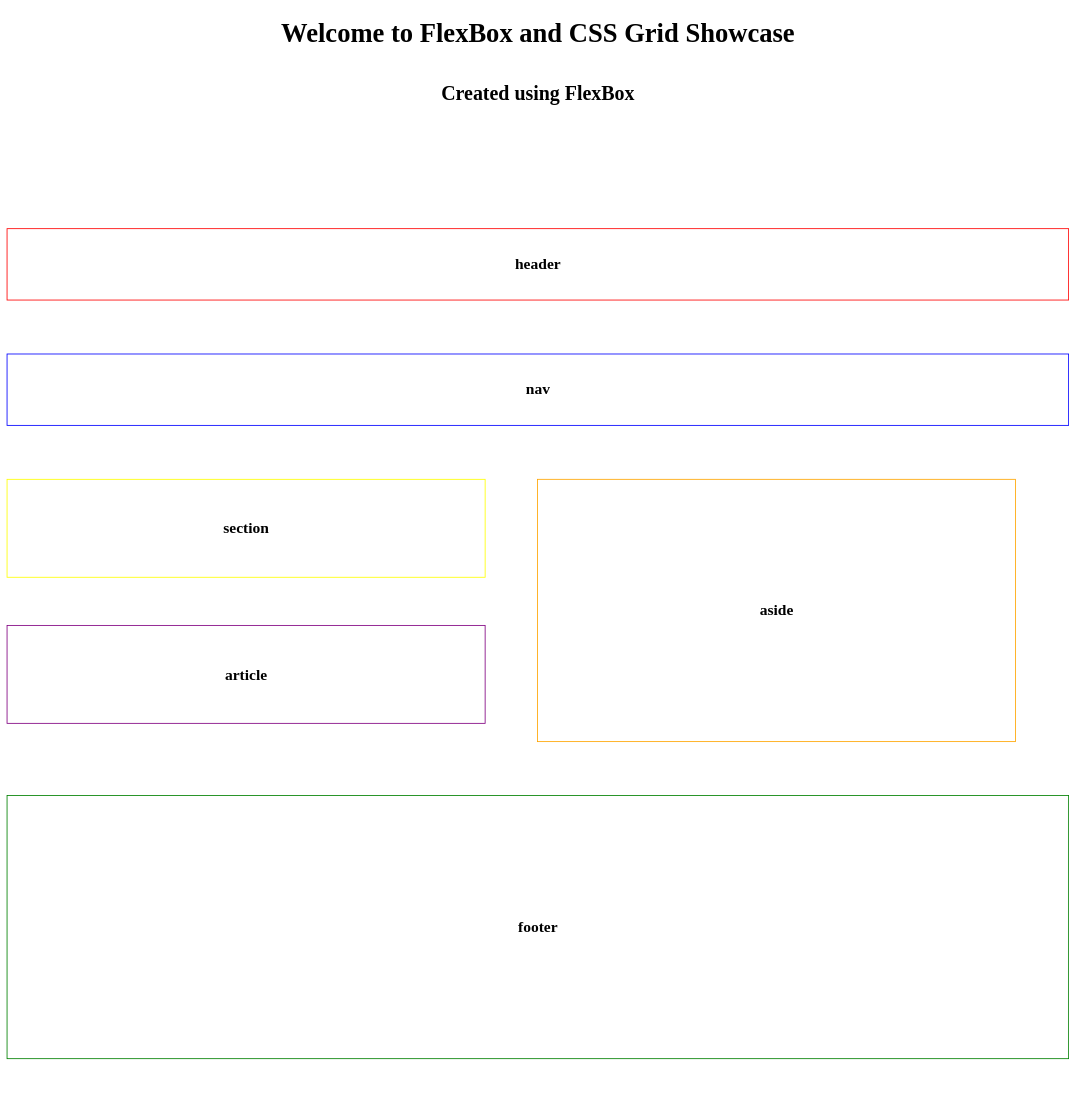
Repository: Awhit-commits/CSS_GRID_AND_FLEXBOX_LESSON
Page: index.html
The author's editor kept a copy of each file at every save. The page is drawn from the files as they stood at one save, then again after the next save.
The browser window is 1280 px wide. The page is 1288 px wide, so the pictures cover 1288 px, including what lies to the right of the window. The pictures show the whole page, at 83% of full size.

Above is the page before, as saved 2020-12-21 19:05:49.

### index.html
<!DOCTYPE html>
<html lang="en">

<head>
    <meta charset="UTF-8">
    <meta name="viewport" content="width=device-width, initial-scale=1.0">
    <title>Document</title>
    <link rel="stylesheet" href="style.css">
</head>

<body>
    <h1>Welcome to FlexBox and CSS Grid Showcase</h1>

    <div class="containerFlex">
        <h2>Created using FlexBox</h2>
        <div class="headerArea">
            <div class="header">
                <h3>header</h3>

            </div>
            <div class="nav">
                <h3>nav</h3>
            </div>
        </div>
        <div class="main">
            <div class="mainArea">
            <div class="section">
                <h3>section</h3>
            </div>
            <div class="article">
                <h3>article</h3>
            </div>
            </div>

            <div class="aside">
                <h3>aside</h3>
            </div>
        </div>
        <div class="footer">
            <h3>footer</h3>
        </div>
    </div>
    <script src="script.js"></script>
</body>

</html>

### style.css
body {
    width: 100%;
    text-align: center;
}

.containerFlex {
    display: flex;
    flex-direction: column;


}

.main {

    display: flex;
    flex-direction: row;




}

.mainArea {
    display: flex;
    flex-direction: column;
    width: 100%;

    /* text-align: center; */

}

.header {

    padding: 1% 0;
    margin-top: 10%;
    border: 1px solid red;

}

.nav {

    margin: 5% 0;
    padding: 1% 0;
    border: 1px solid blue;

}

.article {
    border: 1px purple solid;
    width: 100%;
    padding: 5% 0;
}

.aside {


    align-items: center;

    margin: 0 5%;
    padding: 10% 0;
    border: 1px orange solid;
    width: 100%;


}

.section {
    width: 100%;
    border: 1px yellow solid;
    margin-bottom: 10%;
    padding: 5% 0;
}

.footer {

    /* align-items: center; */
    padding: 10% 0;
    margin: 5% 0;
    border: 1px green solid;

}

### script.js
console.log(`Hello World`);

After the next save:
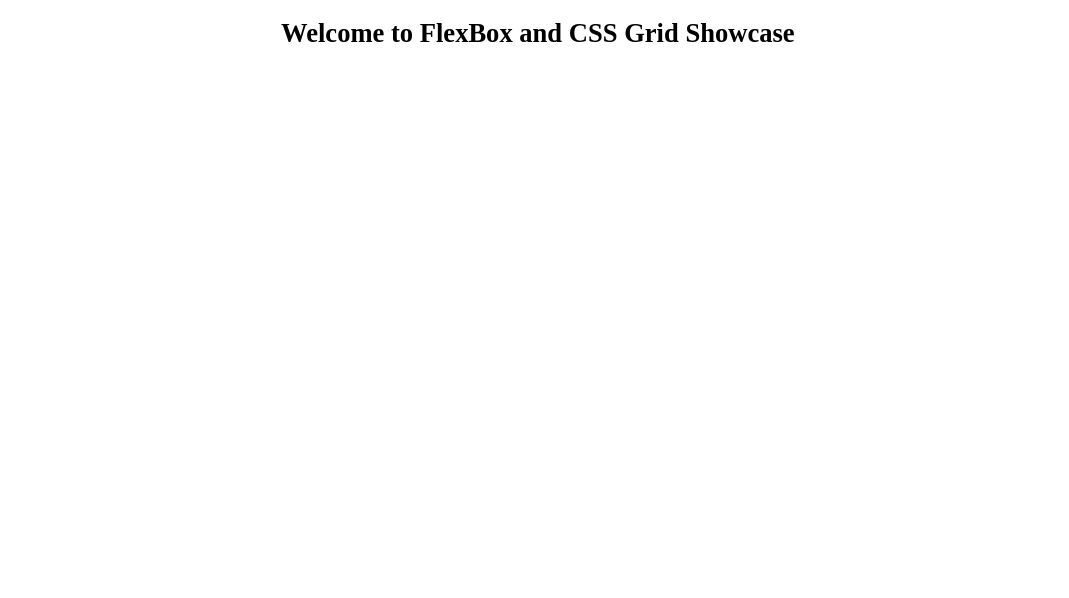
Saved 9 min 56 s later.
--- a/index.html
+++ b/index.html
@@ -11,7 +11,7 @@
 <body>
     <h1>Welcome to FlexBox and CSS Grid Showcase</h1>
 
-    <div class="containerFlex">
+    <!-- <div class="containerFlex">
         <h2>Created using FlexBox</h2>
         <div class="headerArea">
             <div class="header">
@@ -39,7 +39,7 @@
         <div class="footer">
             <h3>footer</h3>
         </div>
-    </div>
+    </div> -->
     <script src="script.js"></script>
 </body>
 
